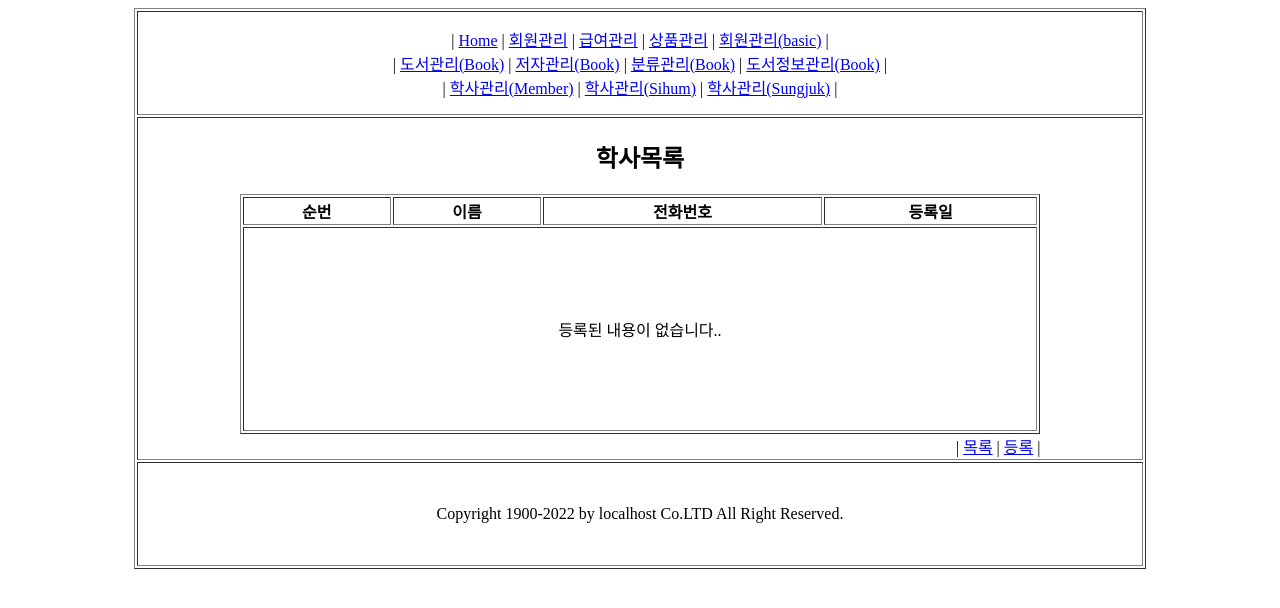
Repository: Mildous/HKIT-BackendClass
Page: http://localhost/jspTest/haksaMember/list.jsp
An editor plug-in stored every save of this project. The page is shown before and after the next save, followed by the edit.
The browser window is 1280 px wide. The pictures show the whole page.
The page is served by Tomcat 9. Other server files are loaded and not shown. Queries for data that is not in the repository find no rows.

Above is the page before, as saved 2022-08-17 02:36:04.

### workspace/jsp/jspTest/WebContent/haksaMember/list.jsp
<%@ page language="java" contentType="text/html; charset=UTF-8"
    pageEncoding="UTF-8"%>
<!DOCTYPE html>
<html>
<head>
<meta charset="UTF-8">
<title>학사정보(Member)</title>
</head>
<body>

<table border="1" width="80%" align="center">
	<tr>
		<td height="100px;" align="center">
			<jsp:include page="../include/inc_menu.jsp" flush="true" />
		</td>
	</tr>
	<tr>
		<td height="300px;" align="center">
			<jsp:include page="list_sub.jsp" flush="true" />
		</td>
	</tr>
	<tr>
		<td height="100px;" align="center">
			<jsp:include page="../include/inc_bottom.jsp" flush="true" />
		</td>
	</tr>
</table>

</body>
</html>

### workspace/jsp/jspTest/WebContent/include/inc_menu.jsp
<%@ page language="java" contentType="text/html; charset=UTF-8"
    pageEncoding="UTF-8"%>
<!DOCTYPE html>
<html>
<head>
<meta charset="UTF-8">
<title>Insert title here</title>
</head>
<body>
	|
	<a href="/jspTest">Home</a>
	|
	<a href="../member/list.jsp">회원관리</a>
	|
	<a href="#">급여관리</a>
	|
	<a href="../product/list.jsp">상품관리</a>
	|
	<a href="../memberBasic/list.jsp">회원관리(basic)</a>
	|

	<br>

	|
	<a href="../Book/list.jsp">도서관리(Book)</a>
	|
	<a href="../BookAuthor/list.jsp">저자관리(Book)</a>
	|
	<a href="../BookProfile/list.jsp">분류관리(Book)</a>
	|
	<a href="../BookInfo/list.jsp">도서정보관리(Book)</a>
	|

	<br>

	|
	<a href="../haksaMember/list.jsp">학사관리(Member)</a>
	|
	<a href="../haksaSihum/list.jsp">학사관리(Sihum)</a>
	|
	<a href="../haksaSungjuk/list.jsp">학사관리(Sungjuk)</a>
	|
</body>
</html>

### workspace/jsp/jspTest/WebContent/haksaMember/list_sub.jsp
<%@page import="haksaMember.model.dto.HaksaMemberDTO"%>
<%@page import="haksaMember.model.dao.HaksaMemberDAO"%>
<%@page import="java.util.ArrayList"%>
<%@ page language="java" contentType="text/html; charset=UTF-8"
    pageEncoding="UTF-8"%>
<%
	HaksaMemberDAO dao = new HaksaMemberDAO();
	ArrayList<HaksaMemberDTO> list = dao.getSelectAll();

	int totalRecord = list.size();
%>

<h2>학사목록</h2>

<table border="1" width="80%" align="center">
	<tr>
		<th>순번</th>
		<th>이름</th>
		<th>전화번호</th>
		<th>등록일</th>
	</tr>
	<% if(totalRecord == 0) { %>
	<tr>
		<td colspan="8" height="200px" align="center">등록된 내용이 없습니다..</td>
	</tr>
	<% } %>
	<%
	int num = totalRecord;
	for(int i=0; i<list.size(); i++) {
		HaksaMemberDTO dto = list.get(i);
	%>
	<tr>
		<td><%= num %></td>
		<td><%= dto.getName() %></td>
		<td><%= dto.getPhone() %></td>
		<td><%= dto.getAddr2() %></td>
		<td><%= dto.getRegiDate() %></td>
		<td align="center">
			<a href="#" onClick="move('edit.jsp', '<%= dto.getHakbun() %>');">[수정]</a>
			&nbsp;
			<a href="#" onClick="move('delete.jsp', '<%= dto.getHakbun() %>');">[삭제]</a>
		</td>
	</tr>
	<%
			num--;
		}
	%>
</table>
<div style="width: 80%; margin: 10px, 0;" align="right">
	|
	<a href="#" onClick="move('list.jsp', '');">목록</a>
	|
	<a href="#" onClick="move('insert.jsp', '');">등록</a>
	|
</div>

<script>
function move(value1, value2) {
	location.href = value1 + '?hakbun=' + value2;
}
</script>

### workspace/jsp/jspTest/WebContent/include/inc_bottom.jsp
<%@ page language="java" contentType="text/html; charset=UTF-8"
    pageEncoding="UTF-8"%>
<!DOCTYPE html>
<html>
<head>
<meta charset="UTF-8">
<title>Insert title here</title>
</head>
<body>
	Copyright 1900-2022 by localhost Co.LTD All Right Reserved.
</body>
</html>

### workspace/jsp/jspTest/src/haksaMember/model/dao/HaksaMemberDAO.java
package haksaMember.model.dao;

import java.sql.Connection;
import java.sql.PreparedStatement;
import java.sql.ResultSet;
import java.util.ArrayList;

import config.DB;
import haksaMember.model.dto.HaksaMemberDTO;

public class HaksaMemberDAO {

	Connection conn = null;
	PreparedStatement pstmt = null;
	ResultSet rs = null;
	String table_1 = "haksaMember";

	public ArrayList<HaksaMemberDTO> getSelectAll() {
		ArrayList<HaksaMemberDTO> list = new ArrayList<HaksaMemberDTO>();
		conn = DB.dbConn();
		try {
			String sql = "select * from " + table_1 + " order by hakbun desc";
			pstmt = conn.prepareStatement(sql);
			rs = pstmt.executeQuery();
			while(rs.next()) {
				HaksaMemberDTO resultDto = new HaksaMemberDTO();
				resultDto.setHakbun(rs.getInt("hakbun"));
				resultDto.setName(rs.getString("name"));
				resultDto.setPhone(rs.getString("phone"));
				resultDto.setParentPhone(rs.getString("parentPhone"));
				resultDto.setAddr1(rs.getString("addr1"));
				resultDto.setAddr2(rs.getString("addr2"));
				resultDto.setAddr3(rs.getString("addr3"));
				resultDto.setAddr4(rs.getString("addr4"));
				resultDto.setRegiDate(rs.getDate("regiDate"));
				list.add(resultDto);
			}
		} catch(Exception e) {
			//e.printStackTrace();
		} finally {
			DB.dbConnClose(rs, pstmt, conn);
		}
		return list;
	}

	public HaksaMemberDTO getSelectOne(HaksaMemberDTO paramDto) {
		HaksaMemberDTO resultDto = new HaksaMemberDTO();
		conn = DB.dbConn();
		try {
			String sql = "select * from " + table_1 + " where hakbun = ?";
			pstmt = conn.prepareStatement(sql);
			pstmt.setInt(1, paramDto.getHakbun());
			rs = pstmt.executeQuery();
			if(rs.next()) {
				resultDto.setHakbun(rs.getInt("hakbun"));
				resultDto.setName(rs.getString("name"));
				resultDto.setPhone(rs.getString("phone"));
				resultDto.setParentPhone(rs.getString("parentPhone"));
				resultDto.setAddr1(rs.getString("addr1"));
				resultDto.setAddr2(rs.getString("addr2"));
				resultDto.setAddr3(rs.getString("addr3"));
				resultDto.setAddr4(rs.getString("addr4"));
			}
		} catch(Exception e) {
			//e.printStackTrace();
		} finally {
			DB.dbConnClose(rs, pstmt, conn);
		}
		return resultDto;
	}

	public int setInsert(HaksaMemberDTO paramDto) {
		int result = 0;
		conn = DB.dbConn();
		try {
			String sql = "insert into " + table_1 + " values(seq_haksaMember.nextval, ?, ?, ?, ?, ?, ?, ?, sysdate)";
			pstmt = conn.prepareStatement(sql);
			pstmt.setString(1, paramDto.getName());
			pstmt.setString(2, paramDto.getPhone());
			pstmt.setString(3, paramDto.getParentPhone());
			pstmt.setString(4, paramDto.getAddr1());
			pstmt.setString(5, paramDto.getAddr2());
			pstmt.setString(6, paramDto.getAddr3());
			pstmt.setString(7, paramDto.getAddr4());
			result = pstmt.executeUpdate();
		} catch(Exception e) {
			//e.printStackTrace();
		} finally {
			DB.dbConnClose(rs, pstmt, conn);
		}
		return result;
	}

	public int setUpdate(HaksaMemberDTO paramDto) {
		int result = 0;
		conn = DB.dbConn();
		try {
			String sql = "update " + table_1 + " set phone = ?, parentPhone = ?, addr1 = ?, addr2 = ?, addr3 = ?, addr4 = ? where hakbun = ?";
			pstmt = conn.prepareStatement(sql);
			pstmt.setString(1, paramDto.getPhone());
			pstmt.setString(2, paramDto.getParentPhone());
			pstmt.setString(3, paramDto.getAddr1());
			pstmt.setString(4, paramDto.getAddr2());
			pstmt.setString(5, paramDto.getAddr3());
			pstmt.setString(6, paramDto.getAddr4());
			pstmt.setInt(7, paramDto.getHakbun());
			result = pstmt.executeUpdate();
		} catch(Exception e) {
			//e.printStackTrace();
		} finally {
			DB.dbConnClose(rs, pstmt, conn);
		}
		return result;
	}

	public int setDelete(HaksaMemberDTO paramDto) {
		int result = 0;
		conn = DB.dbConn();
		try {
			String sql = "delete from " + table_1 + " where hakbun = ?";
			pstmt = conn.prepareStatement(sql);
			pstmt.setInt(1, paramDto.getHakbun());
			result = pstmt.executeUpdate();
		} catch(Exception e) {
			//e.printStackTrace();
		} finally {
			DB.dbConnClose(rs, pstmt, conn);
		}
		return result;
	}
}

### workspace/jsp/jspTest/src/config/DB.java
package config;

import java.sql.Connection;
import java.sql.DriverManager;
import java.sql.PreparedStatement;
import java.sql.ResultSet;

public class DB {
	public static Connection dbConn() {
		String dbDriver = "oracle.jdbc.driver.OracleDriver";
		String dbUrl = "jdbc:oracle:thin:@localhost:1521/xe";
		String dbId = "jspTest";
		String dbPasswd = "1234";

		Connection conn = null;

		try {
			Class.forName(dbDriver);
		} catch(Exception e) {
			//e.printStackTrace();
			System.out.println("-- 오라클 드라이버 오류 --");
		}

		try {
			conn = DriverManager.getConnection(dbUrl, dbId, dbPasswd);
		} catch(Exception e) {
			//e.printStackTrace();
			System.out.println("-- 오라클 접속 오류 --");
		}
		return conn;
	}

	public static void dbConnClose(ResultSet rs, PreparedStatement pstmt, Connection conn) {

		try {
			if(rs != null) { rs.close(); }
		} catch(Exception e) {
			//e.printStackTrace();
		}

		try {
			if(pstmt != null) { pstmt.close(); }
		} catch(Exception e) {
			//e.printStackTrace();
		}

		try {
			if(conn != null) { conn.close(); }
		} catch(Exception e) {
			//e.printStackTrace();
		}
	}
}

After the next save:
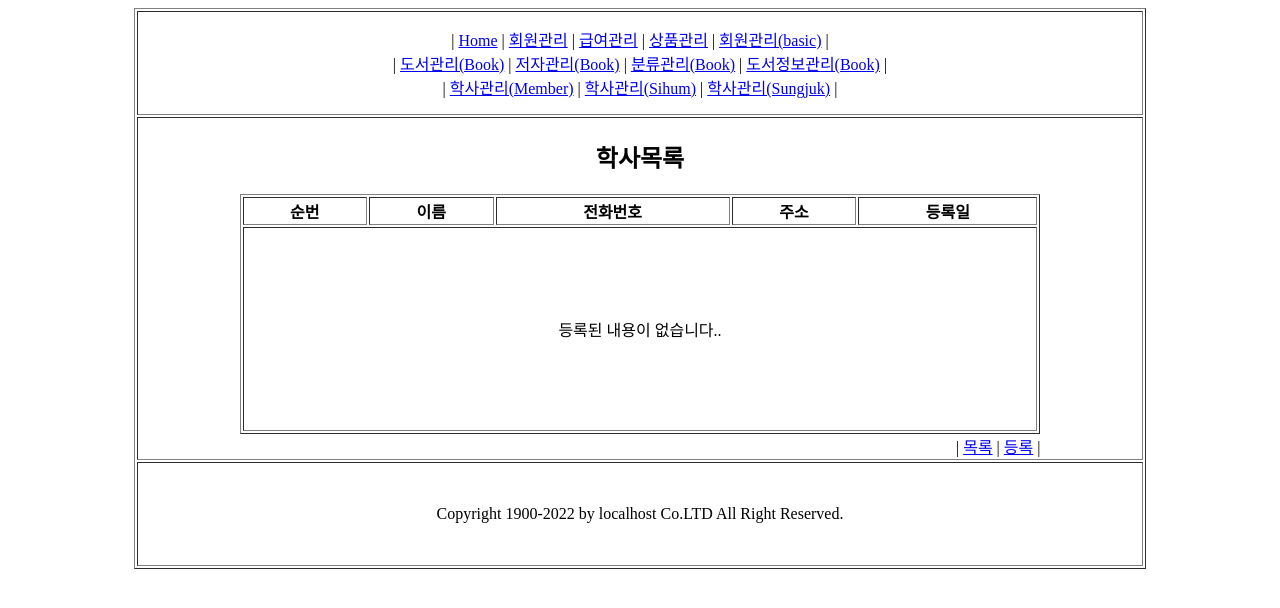
Saved 11 s later.
--- a/workspace/jsp/jspTest/WebContent/haksaMember/list_sub.jsp
+++ b/workspace/jsp/jspTest/WebContent/haksaMember/list_sub.jsp
@@ -17,6 +17,7 @@
 		<th>순번</th>
 		<th>이름</th>
 		<th>전화번호</th>
+		<th>주소</th>
 		<th>등록일</th>
 	</tr>
 	<% if(totalRecord == 0) { %>
